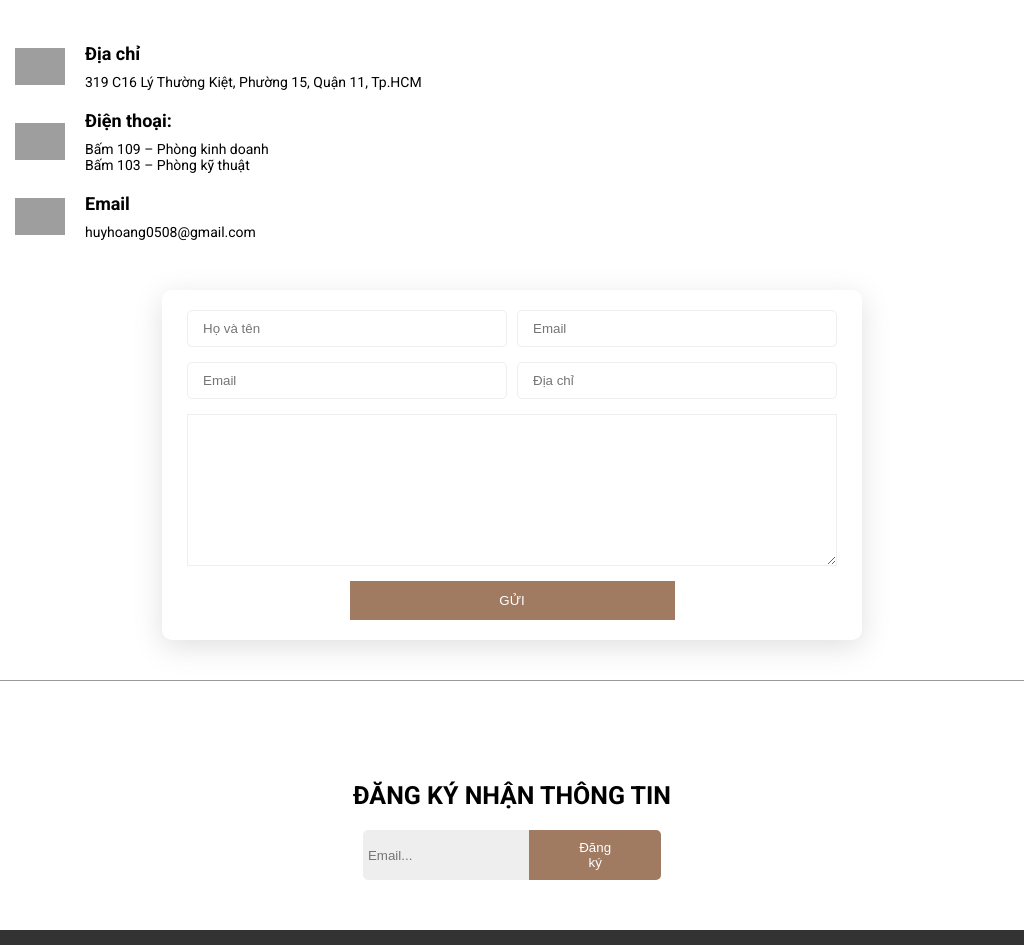
Repository: web345/WEBNANGCAO-clock-
Page: contact.html
An editor plug-in stored every save of this project. The page is shown before and after the next save, followed by the edit.
The browser window is 1024 px wide. The pictures show the part of the page from y = 678 to 1623 px (the page is 2094 px tall).
Pictures or frames that could not be fetched are drawn as grey boxes. A picture or video elsewhere on the page could not be fetched, so the positions and the page height are approximate. Some web libraries are served in a nearby version.

Above is the page before, as saved 2021-09-10 21:11:52.

After the next save:
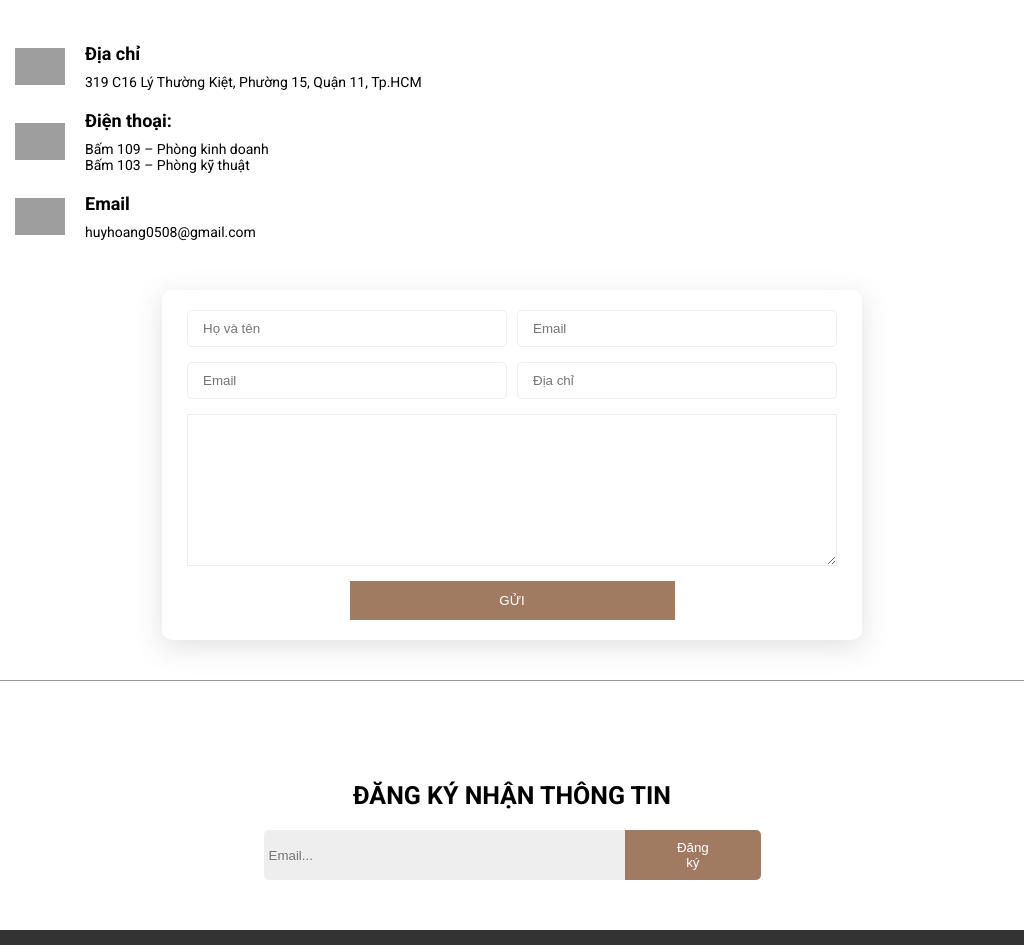
Saved 20 s later.
--- a/CSS/contact.css
+++ b/CSS/contact.css
@@ -136,4 +136,8 @@ h3.sub-info {
     flex-direction: column;
     gap: 20px;
   }
+
+  .email-sub {
+    width: 50%;
+  }
 }
